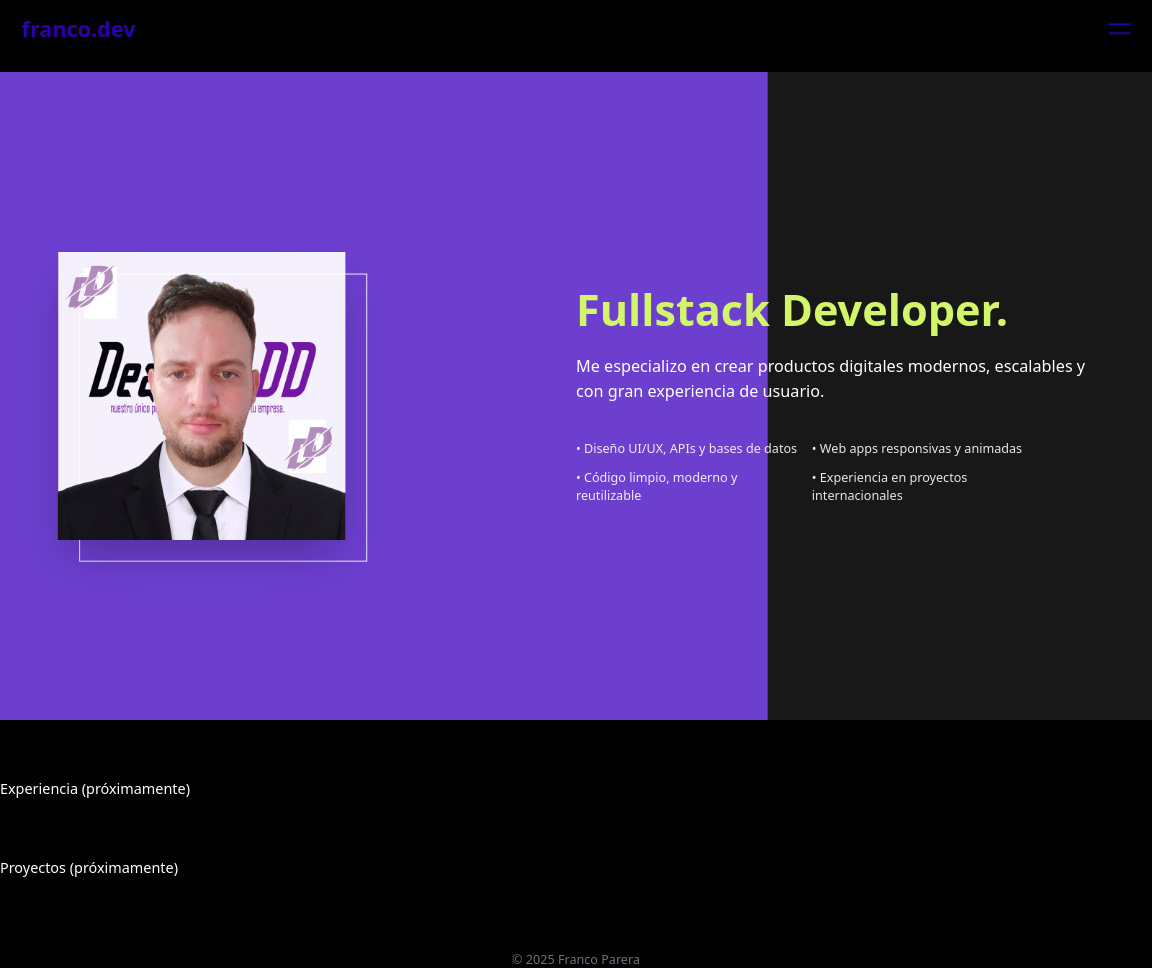
Repository: francoluca35/portfolio-franco-dev
Page: /
The author's editor kept a copy of each file at every save. The page is drawn from the files as they stood at one save, then again after a run of saves.
The browser window is 1280 px wide. The pictures show the whole page, at 90% of full size.
The project was rebuilt for these pictures with package versions that can differ from the ones it lists, and the page was loaded fresh each time. The framework's server and built-in components were replaced by stand-ins that run in the browser. Also part of the build but not shown: next.config.js.

Above is the page before, as saved 2025-05-06 01:21:29.

After the next 2 saves:
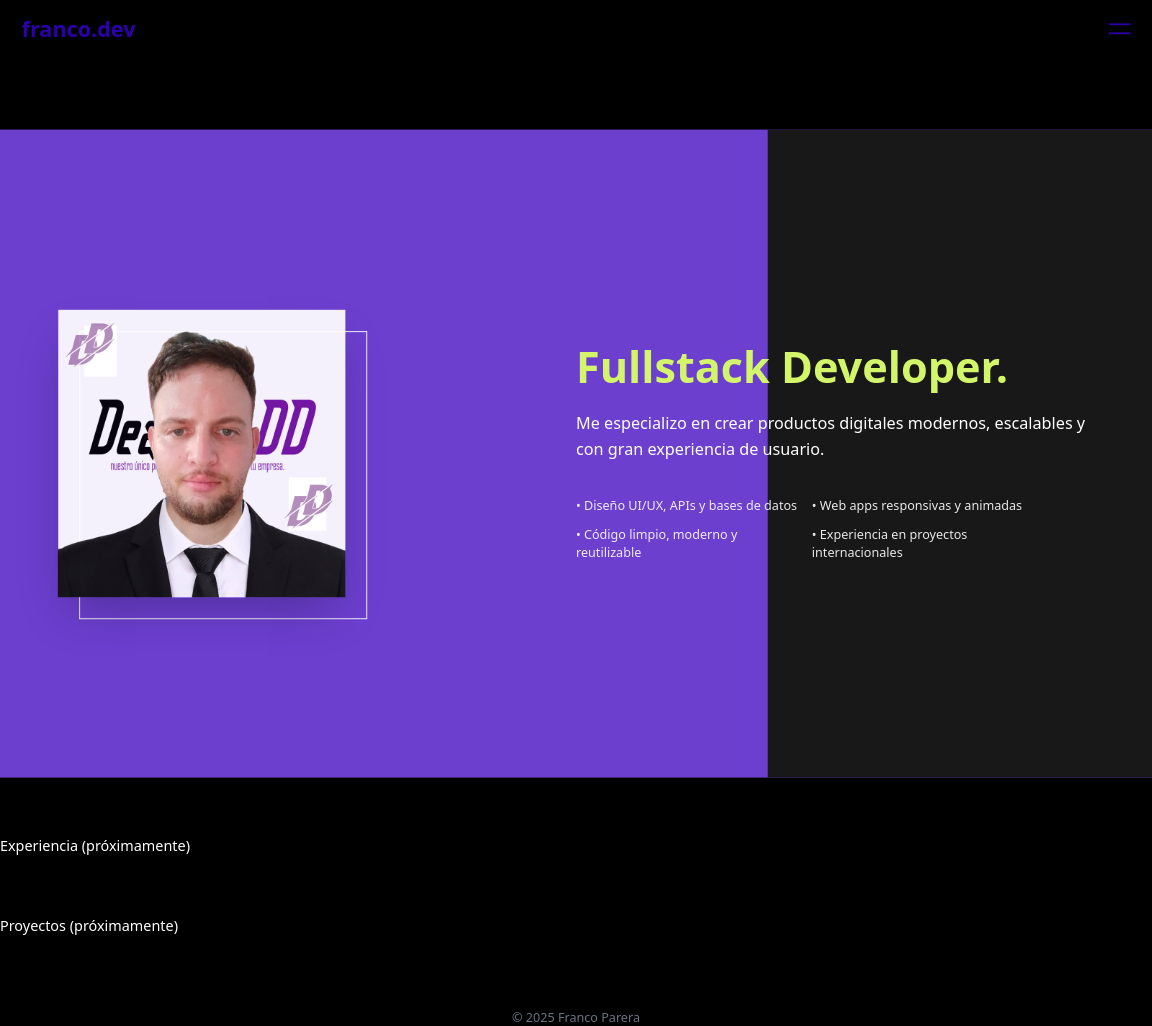
The 2 saves are shown as one change because they came seconds apart.
The last was saved 9 s later.
--- a/components/Nav.jsx
+++ b/components/Nav.jsx
@@ -10,7 +10,7 @@
   return (
     <>
       {/* Top navbar */}
-      <nav className="fixed top-0 left-0 w-full px-6 py-4 flex justify-between items-center z-50 bg-transparent text-[#2B00AA]">
+      <nav className=" w-full px-6 py-4 flex justify-between items-center z-50 bg-transparent text-[#2B00AA]">
         <h1 className="text-2xl font-bold">franco.dev</h1>
 
         <button onClick={() => setIsOpen(true)} className="space-y-2">

After the save that followed:
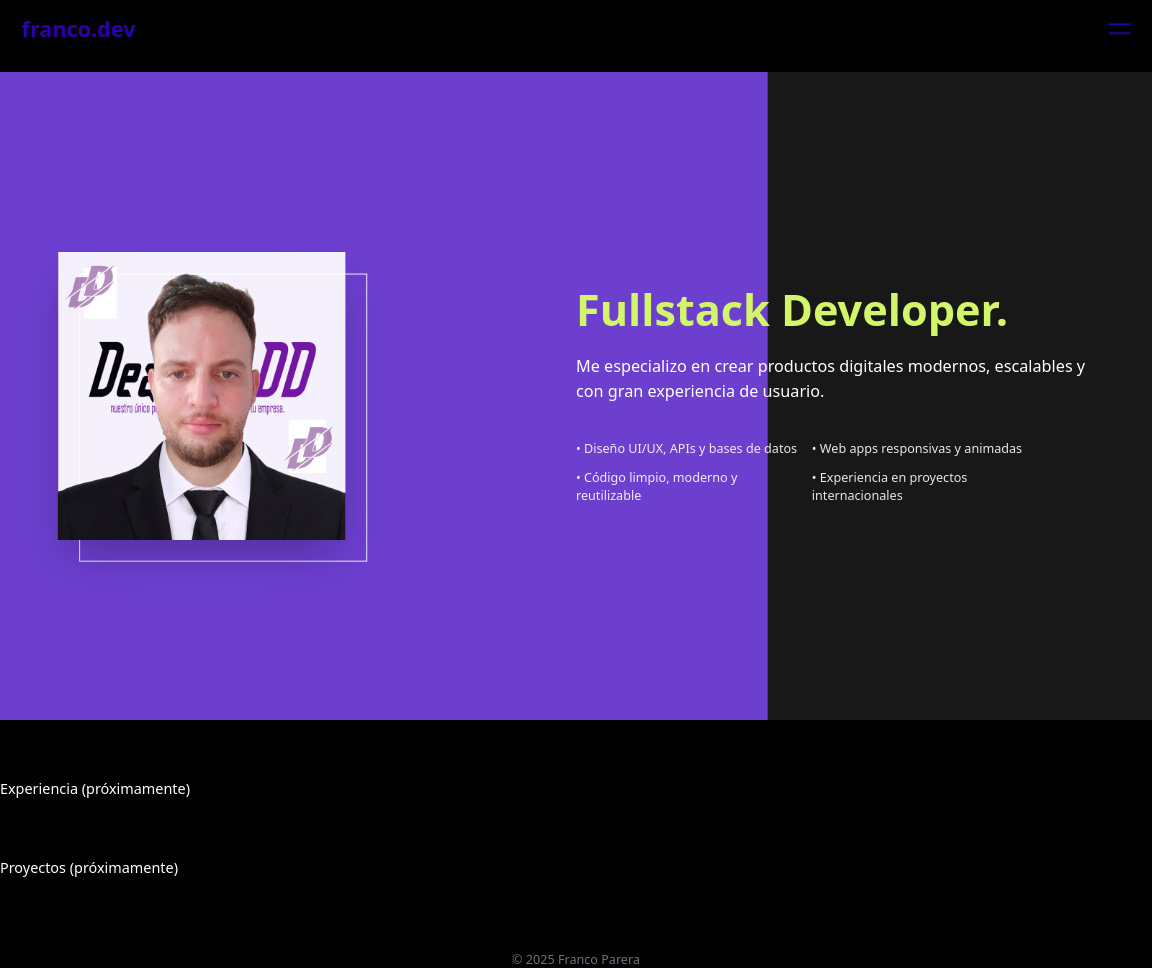
Saved 7 s later.
--- a/components/Nav.jsx
+++ b/components/Nav.jsx
@@ -10,7 +10,7 @@
   return (
     <>
       {/* Top navbar */}
-      <nav className=" w-full px-6 py-4 flex justify-between items-center z-50 bg-transparent text-[#2B00AA]">
+      <nav className="fixed w-full px-6 py-4 flex justify-between items-center z-50 bg-transparent text-[#2B00AA]">
         <h1 className="text-2xl font-bold">franco.dev</h1>
 
         <button onClick={() => setIsOpen(true)} className="space-y-2">
